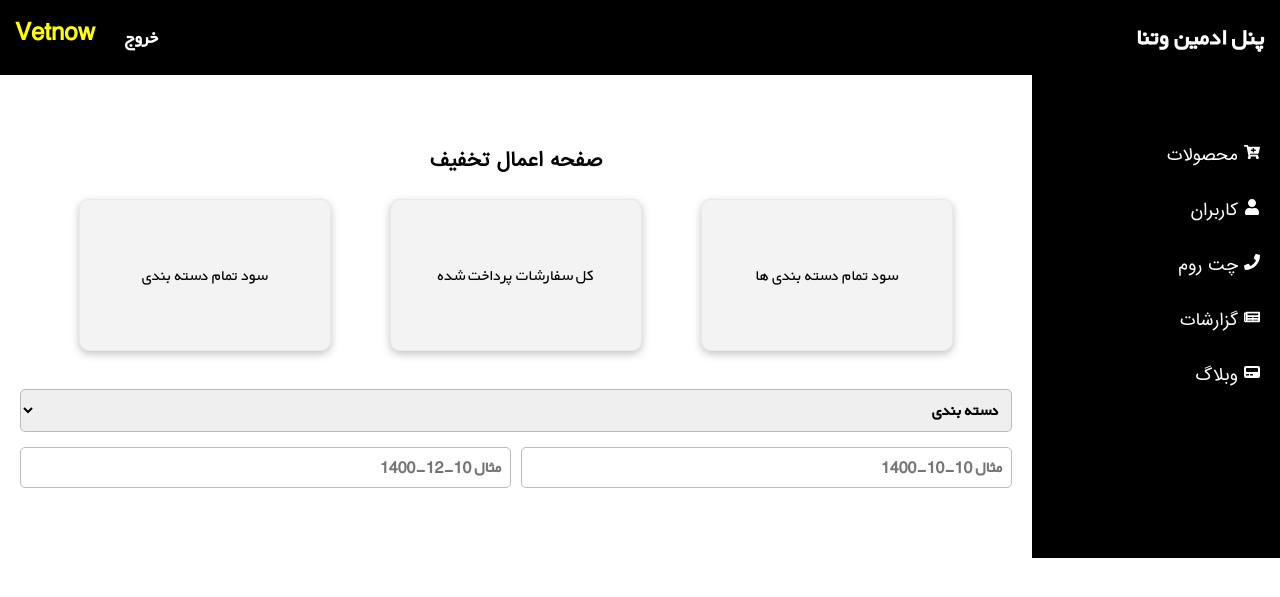
Repository: farhanahmadi/Vetnow
Page: /Reports
These files come from the project's save history. The page is drawn as it stood at one moment and after a run of saves; the edit follows.
The browser window is 1280 px wide. The pictures show the whole page.
The page's requests for data from a server got no answer. The project was rebuilt for these pictures with package versions that can differ from the ones it lists, and the page was loaded fresh each time. No one was signed in, and anything a server would have sent is missing. Also part of the build but not shown: src/components/AdminProduct.js, src/components/AddProduct.js, src/components/View.js, src/components/EditProduct.js, src/components/Users.js, src/components/AddUser.js, src/components/EditUser.js, src/components/EditView.js and 7 more.

Above is the page before, as saved 2022-01-25 00:07:06.

After the next 4 saves:
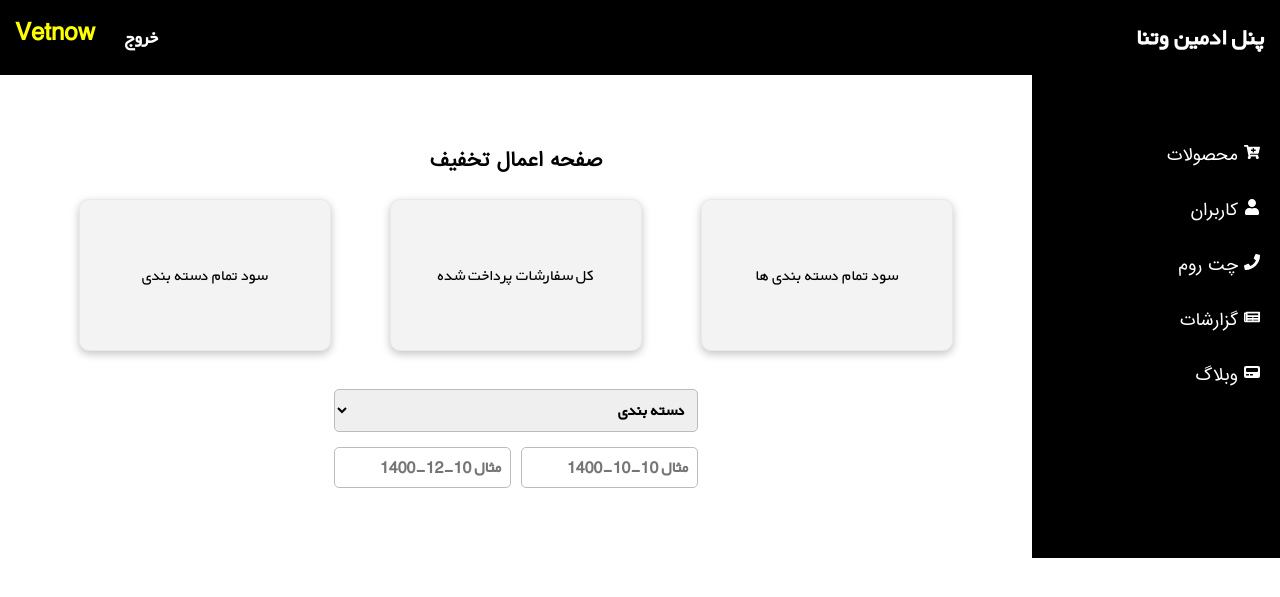
The 4 saves are shown as one change because 2 did not build or start and some came seconds apart.
The last was saved 3 min 28 s later.
--- a/src/components/Report/Reports.js
+++ b/src/components/Report/Reports.js
@@ -63,6 +63,7 @@ export default function Reports() {
                     </div>
                 </section>
                 <br />
+                <form>
                 <section className={styles.sectionBox} dir='rtl'>
                     <select  onChange={e => categoryHandler(e)}>
                         <option value="null">دسته بندی</option>
@@ -73,6 +74,7 @@ export default function Reports() {
                     <input type="number" value={data.startDate} placeholder="مثال 10-10-1400" name="startDate" onChange={inputsHandler} />
                     <input type="number" value={data.endDate} placeholder="مثال 10-12-1400" name="endDate" onChange={inputsHandler} />
                 </section>
+                </form>
             </section>
             <section className={styles.sidebar}>
              <Sidebar  />
